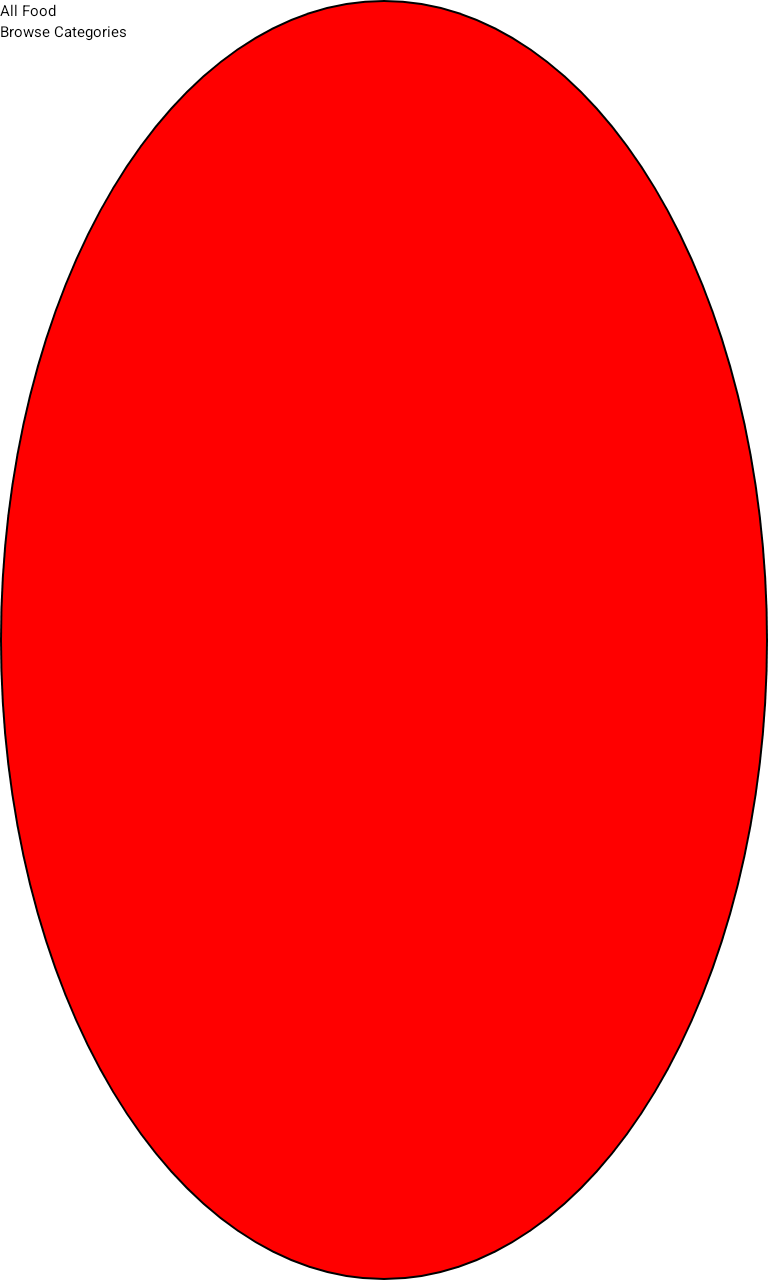
Repository: ShelfLifeApp/ShelfLife-Android
Layout: Implementation/ShelfLifeAndroid/res/layout/listview_header.xml
The author's editor kept a copy of each file at every save. The layout is drawn from the files as they stood at one save, then again after the next save.
It is drawn on a 768 x 1280 px phone screen (xhdpi) without system bars, with theme Theme.Sherlock.Light; the app's code is not run.

Above is the layout before, as saved 2013-05-13 03:30:15.

### Implementation/ShelfLifeAndroid/res/layout/listview_header.xml
<?xml version="1.0" encoding="utf-8"?>
<LinearLayout xmlns:android="http://schemas.android.com/apk/res/android"
    android:layout_width="match_parent"
    android:layout_height="60dip"
    android:orientation="vertical"
    android:background="@drawable/list_header_background"
    >

    <TextView
        android:id="@+id/listview_header_title"
        android:layout_width="wrap_content"
        android:layout_height="wrap_content"
        android:text="All Food"
    />

    <TextView
        android:id="@+id/listview_header_subtitle"
        android:layout_width="wrap_content"
        android:layout_height="wrap_content"
        android:text="Browse Categories"
    />

</LinearLayout>

### Implementation/ShelfLifeAndroid/res/drawable/list_header_background.xml
<layer-list xmlns:android="http://schemas.android.com/apk/res/android">
    <item>
        <shape android:shape="oval">
            <solid android:color="@android:color/black" />
        </shape>
    </item>
    <item android:top="1dp" android:left="1dp" android:right="1dp" android:bottom="1dp">
        <shape android:shape="oval">
            <solid android:color="@android:color/red" />
        </shape>
    </item>
</layer-list>

### Implementation/ShelfLifeAndroid/res/values/colors.xml
<?xml version="1.0" encoding="utf-8"?>
<resources>

    <color name="listitem_background_content">#FFFFFF</color>
    <color name="listitem_background">#f1f0f2</color>

    <color name="list_header_background">#a5cb5d</color>
    <color name="list_header_divider">#464c49</color>

</resources>

After the next save:
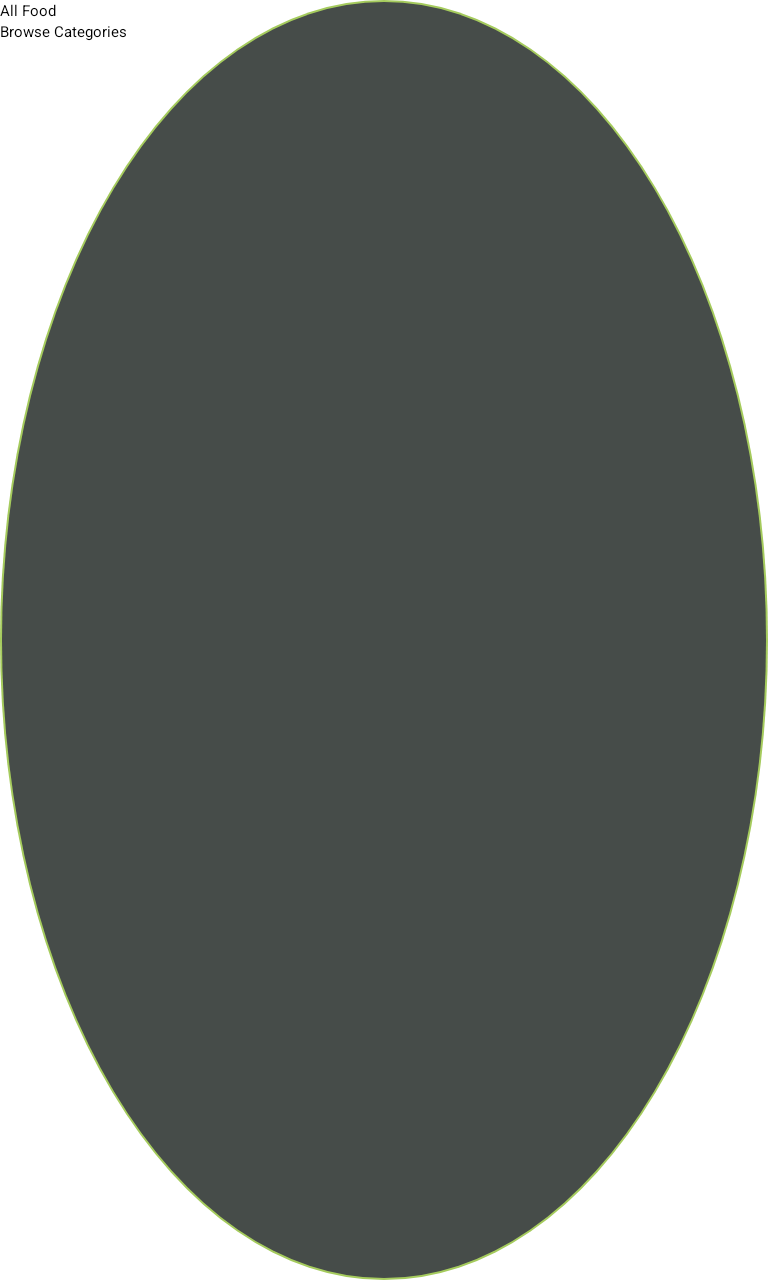
Saved 38 s later.
--- a/Implementation/ShelfLifeAndroid/res/drawable/list_header_background.xml
+++ b/Implementation/ShelfLifeAndroid/res/drawable/list_header_background.xml
@@ -1,12 +1,12 @@
 <layer-list xmlns:android="http://schemas.android.com/apk/res/android">
     <item>
         <shape android:shape="oval">
-            <solid android:color="@android:color/black" />
+            <solid android:color="@color/list_header_background" />
         </shape>
     </item>
     <item android:top="1dp" android:left="1dp" android:right="1dp" android:bottom="1dp">
         <shape android:shape="oval">
-            <solid android:color="@android:color/red" />
+            <solid android:color="@color/list_header_divider" />
         </shape>
     </item>
 </layer-list>
